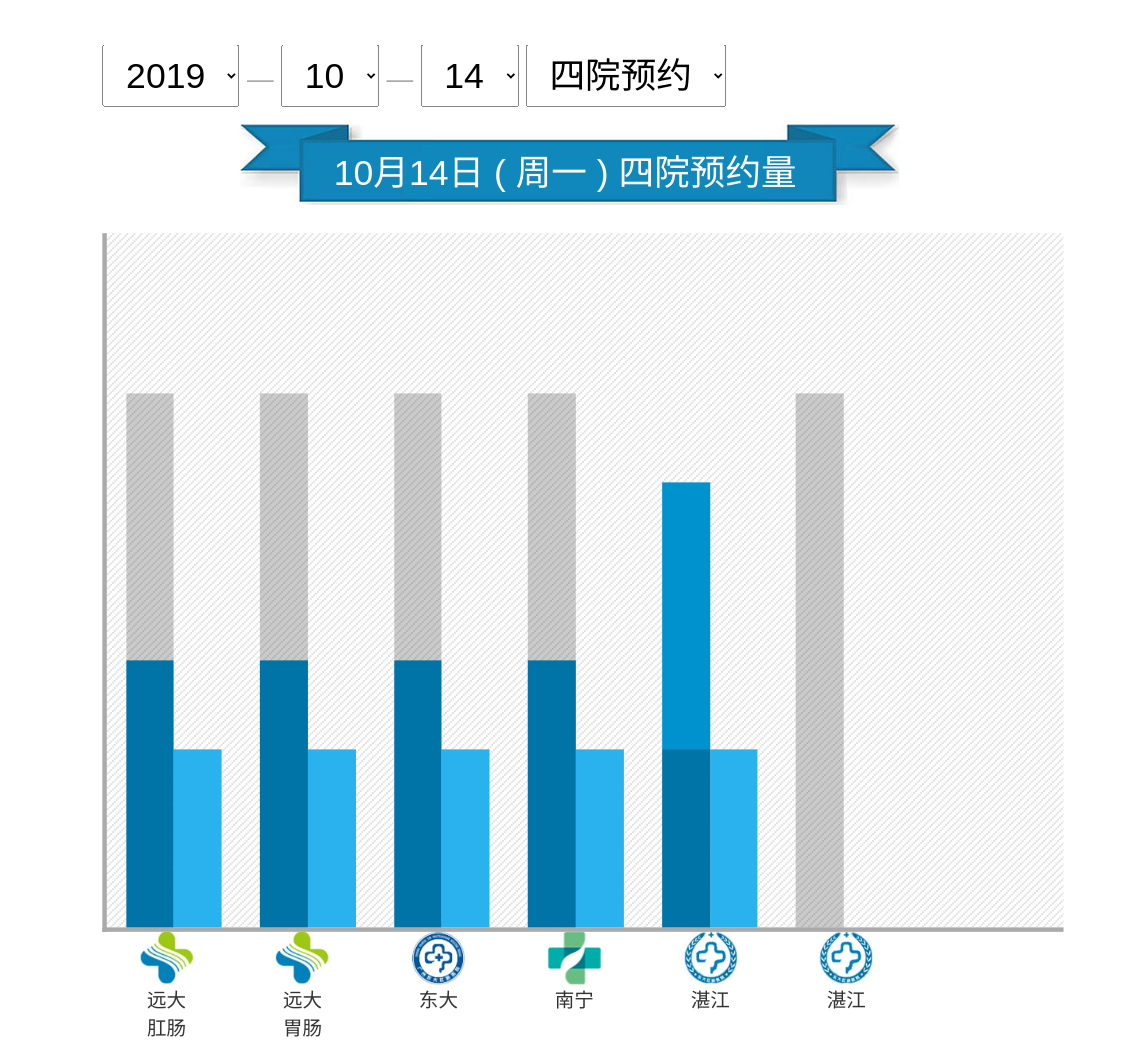
Repository: jerryyan/project
Page: http://localhost/m/index.php
An editor plug-in stored every save of this project. The page is shown before and after a run of saves, followed by the edit.
The browser window is 1280 px wide. The pictures show the whole page, at 89% of full size.
The page is run by PHP 8.4 with error messages shown; the project is at /var/www/html/. The session is filled in as if someone had signed in: {"name": "admin"}. Other server files are loaded and not shown.

Above is the page before, as saved 2019-10-14 16:20:32.

### m/index.php
<html>

<head>
    <meta http-equiv="Content-Type" content="text/html; charset=utf-8" />
    <link href="css/m.css" rel="stylesheet" type="text/css" />
    <script type="text/javascript" src="/js/jquery.min.js"></script>
    <script type="text/javascript" src="/js/moment.min.js"></script>
    <script type="text/javascript" src="/js/time.js"></script>
    <title>预约数据统计手机版</title>
</head>

<body>
    <div class="div1">
        <div class="time">
            <select class="year" id="birth_year" onchange="setDays(this, birth_month, birth_day);">
            </select>
            —
            <select class="month" id="birth_month" onchange="setDays(birth_year, this, birth_day);">
            </select>
            —
            <select class="day" id="birth_day">
            </select>
            <select name="" class="select" onchange="self.location.href = options[selectedIndex].value">
                <option value="index.php" selected>四院预约</option>
                <option value="jzchart.php">四院就诊</option>
                <option value="detail.php?type=szyd">远大</option>
                <option value="detail.php?type=gzdd">东大</option>
                <!--<option value="detail.php?type=gzma" >民安</option>-->
                <option value="detail.php?type=zjdd">湛江</option>
                <option value="detail.php?type=nngc">南宁肛肠</option>
                <option value="detail.php?type=nnwc">南宁胃肠</option>
                <option value="detail.php?type=szydwc">远大胃肠</option>
            </select>
        </div>

        <div class="title">
            <?php
            require_once 'islogin.php';
            $weekarray = array("日", "一", "二", "三", "四", "五", "六");
            $year = date('Y');
            $month = date('m');
            $day = date('d');
            $strDate = $month . "月" . $day . "日 " . "( 周" . $weekarray[date('w')] . " ) ";
            echo $strDate;
            ?>四院预约量
        </div>

        <ul class="num">
        </ul>
        <div class="table">
            <div class="yd">
                <div class="yd_1"><span></span></div>
                <div class="yd_2"><span></span></div>
                <div class="yd_3"><span></span></div>
            </div>
            <div class="yc">
                <div class="yc_1"><span></span></div>
                <div class="yc_2"><span></span></div>
                <div class="yc_3"><span></span></div>
            </div>
            <div class="dd">
                <div class="dd_1"><span></span></div>
                <div class="dd_2"><span></span></div>
                <div class="dd_3"><span></span></div>
            </div>
            <div class="ma">
                <div class="ma_1"><span></span></div>
                <div class="ma_2"><span></span></div>
                <div class="ma_3"><span></span></div>
            </div>
            <div class="zj">
                <div class="zj_1"><span></span></div>
                <div class="zj_2"><span></span></div>
                <div class="zj_3"><span></span></div>
            </div>
            <div class="ty">
                <div class="ty_1"><span></span></div>
                <div class="ty_2"><span></span></div>
                <div class="ty_3"><span></span></div>
            </div>
        </div>

        <div class="logo">
            <ul>
                <li><img src="/images/logo_yd.jpg">远大<br>肛肠</li>
                <li><img src="/images/logo_yd.jpg">远大<br>胃肠</li>
                <li><img src="/images/logo_dd.jpg">东大</li>
                <li><img src="/images/logo_nn.jpg">南宁</li>
                <li><img src="/images/logo_zj.jpg">湛江</li>
                <li><img src="/images/logo_zj.jpg">湛江</li>
            </ul>
        </div>
    </div>
</body>
<script src="/js/mobile.js"></script>
<script>
    $(function() {
        $(".year,.month,.day").change(function() {
            var y = $(".year option:selected").text();
            var m = $(".month option:selected").text();
            var d = $(".day option:selected").text();
            var datetime = y + "-" + m + "-" + d;
            getyySource(datetime);
        });
        getyySource();
        setInterval(setyySource, 40000);
    });
</script>

</html>

### m/islogin.php
<?php
session_start();
if ($_SESSION['name'] != 'admin') {
    header('Location:login.php');
    exit();
}

### m/getyyNum.php
<?php

require_once '../config.php';
if (!empty($_POST['datetime'])) {
    $date = $_POST['datetime'];
}
$startDate = $date . " 00:00:00";
$endDate = $date . " 23:59:59";
$zjdd_sql = "select department,ts,awr,convert(varchar(10),ts,108) as tstime from info_appointment where department not like '%未预约%' and dr=0 and ts >='{$startDate}' and ts<='{$endDate}'";
$nndd_sql = "select department,ts,awr,convert(varchar(10),ts,108) as tstime from info_appointment where (department not like '%未预约%' and department not like '%耳鼻喉科%') and  dr=0 and sourceType !='自然门诊' and symptom !='体检'  and ts >='{$startDate}' and ts<='{$endDate}'";
$szyd_sql = "select department,ts,awr,convert(varchar(10),ts,108) as tstime from info_appointment where department like '%肛%' and  gn not like '%胃肠%'and dr=0 and media in ('360','82348232','QQ','qq','百度','百度糯米','百度商桥','个人微信','回访组回访','快排','神马','搜狗','网络电话','网络其它','网站后台预约','手机网','SOGU','SOSO','谷歌','商务通转Q','商务通转电话','胃肠电话') and ts >='{$startDate}' and ts<='{$endDate}'";
$szty_sql = "select department,ts,awr,convert(varchar(10),ts,108) as tstime from info_appointment where department not like '%未预约%' and dr=0 and ts >='{$startDate}' and ts<='{$endDate}'";
$szydwc_sql = "select department,ts,awr,convert(varchar(10),ts,108) as tstime from info_appointment where department  not like '%未预约%' and dr=0 and  gn like '%胃肠%' and media in ('360','82348232','QQ','qq','百度','百度糯米','百度商桥','个人微信','回访组回访','快排','神马','搜狗','网络电话','网络其它','网站后台预约','手机网','SOGU','SOSO','谷歌','商务通转Q','商务通转电话','胃肠电话') and ts >='{$startDate}' and ts<='{$endDate}'";
$gzdd_sql = "select department,ts,awr,convert(varchar(10),ts,108) as tstime from info_appointment where department not like '%未预约%' and dr=0  and ts >='{$startDate}' and ts<='{$endDate}'";
$zjdd_yy_row = get_fetchAll_assoc($zjdd, $zjdd_sql);
$zjdd_yyNum = getAllNum($zjdd_yy_row, $date);

$nndd_yy_row = get_fetchAll_assoc($nndd, $nndd_sql);
$nndd_yyNum = getAllNum($nndd_yy_row, $date);

$szyd_yy_row = get_fetchAll_assoc($szyd, $szyd_sql);
$szyd_yyNum = getAllNum($szyd_yy_row, $date);

$szty_yy_row = get_fetchAll_assoc($szty, $szty_sql);
$szty_yyNum = getAllNum($szty_yy_row, $date);


$szydwc_yy_row = get_fetchAll_assoc($szyd, $szydwc_sql);
$szydwc_yyNum = getAllNum($szydwc_yy_row, $date);

$gzdd_yy_row = get_fetchAll_assoc($gzdd, $gzdd_sql);
$gzdd_yyNum = getAllNum($gzdd_yy_row, $date);

$data = array();
$data['zjdd_yyNum'] = $zjdd_yyNum;
$data['nndd_yyNum'] = $nndd_yyNum;
$data['szyd_yyNum'] = $szyd_yyNum;
$data['szty_yyNum'] = $szty_yyNum;
$data['szydwc_yyNum'] = $szydwc_yyNum;
$data['gzdd_yyNum'] = $gzdd_yyNum;
echo json_encode($data);

### config.php
<?php

try {
    $username = "sa";
    $pwd = "OYr%ZbxNY#!V*T0O";
    $dsn1 = "sqlsrv:Server=120.25.95.93;database=iSoftZJDD";
    // $dsn2 = "sqlsrv:Server=120.25.95.93;database=iSoftGZMA";
    $dsn3 = "sqlsrv:Server=120.25.95.93;database=iSoftSZYD";
    $dsn4 = "sqlsrv:Server=120.25.95.93;database=XL_new_reservation";
    $dsn5 = "sqlsrv:Server=120.25.95.93;database=iSoftNNDD";
    $dsn7 = "sqlsrv:Server=120.25.95.93;database=iSoftSZTY";
    $dsn6 = "mysql:host=localhost;dbname=project";
    $date = date("Y-m-d");
    //  $date = "2016-03-28";
    //    $username = "sa";
    //    $pwd = "123456";
    //    $dsn1 = "sqlsrv:Server=192.168.3.143\SQLEXPRESS;database=iSoftZJDD";
    //    $dsn2 = "sqlsrv:Server=192.168.3.143\SQLEXPRESS;database=iSoftGZMA";
    //    $dsn3 = "sqlsrv:Server=192.168.3.143\SQLEXPRESS;database=iSoftSZYD";
    $zjdd = new PDO($dsn1, $username, $pwd);
    //$gzma = new PDO($dsn2, $username, $pwd);
    $szyd = new PDO($dsn3, $username, $pwd);
    $gzdd = new PDO($dsn4, $username, $pwd);
    $nndd = new PDO($dsn5, $username, $pwd);
    $szty = new PDO($dsn7, $username, $pwd);
    $project = new PDO($dsn6, 'root', 'root');
} catch (PDOException $e) {
    echo "Failed to get DB handle: " . $e->getMessage() . "\n";
    exit;
}

/**
 *
 * @param string $db
 * @param string $sql
 * @return string $row
 */
function get_fetchAll_assoc($db, $sql)
{
    $result = $db->query($sql);
    $row = $result->fetchAll(PDO::FETCH_ASSOC);
    return $row;
}
/**
 *
 *插入单条数据到数据库
 * @param string $db
 * @param string $sql
 * @return string $res
 */
function insert($db, $sql)
{
    $db->setAttribute(PDO::ATTR_ERRMODE, PDO::ERRMODE_EXCEPTION);
    $res = $db->exec($sql);
    return $res;
}

/**
 * 获取客户端IP
 */
function getClientIp()
{
    $ip = 'unknown';
    $unknown = 'unknown';

    if (isset($_SERVER['HTTP_X_FORWARDED_FOR']) && $_SERVER['HTTP_X_FORWARDED_FOR'] && strcasecmp($_SERVER['HTTP_X_FORWARDED_FOR'], $unknown)) {
        // 使用透明代理、欺骗性代理的情况
        $ip = $_SERVER['HTTP_X_FORWARDED_FOR'];
    } elseif (isset($_SERVER['REMOTE_ADDR']) && $_SERVER['REMOTE_ADDR'] && strcasecmp($_SERVER['REMOTE_ADDR'], $unknown)) {
        // 没有代理、使用普通匿名代理和高匿代理的情况
        $ip = $_SERVER['REMOTE_ADDR'];
    }

    // 处理多层代理的情况
    if (strpos($ip, ',') !== false) {
        // 输出第一个IP
        $ip = reset(explode(',', $ip));
    }

    return $ip;
}

function get_fetchAll_row($db, $sql)
{
    $result = $db->query($sql);
    $row = $result->fetch(PDO::FETCH_ASSOC);
    return $row['number'];
}

//获取大夜班，早班和晚班的预约人数
function getAllNum($row)
{
    $dayeStart = "00:00:00";
    $zaoStart = "08:00:00";
    $wanStart = "16:00:00";
    $wanEnd = "24:00:00";
    $dayeArr = $zaoArr = $wanArr = array();
    foreach ($row as $v) {
        if ($v['tstime'] >= $dayeStart && $v['tstime'] < $zaoStart) {
            $dayeArr[] = $v;
        }
        if ($v['tstime'] >= $zaoStart && $v['tstime'] < $wanStart) {
            $zaoArr[] = $v;
        }
        if ($v['tstime'] >= $wanStart && $v['tstime'] < $wanEnd) {
            $wanArr[] = $v;
        }
    }
    $arrNum = array();
    $arrNum['dayeNum'] = count($dayeArr);
    $arrNum['zaoNum'] = count($zaoArr);
    $arrNum['wanNum'] = count($wanArr);
    $arrNum['totalNum'] = count($row);
    $arrNum['workNum'] = getWorkNum($arrNum);
    return $arrNum;
}

function getWorkNum($data)
{
    $nowtime = date("H:i:s");
    $dayeStart = "00:00:00";
    $zaoStart = "08:00:00";
    $wanStart = "16:00:00";
    $wanEnd = "24:00:00";

    if ($nowtime > $dayeStart && $nowtime < $zaoStart) {
        $workNum = $data['dayeNum'];
    }
    if ($nowtime > $zaoStart && $nowtime <= $wanStart) {
        $workNum = $data['zaoNum'];
    }
    if ($nowtime > $wanStart && $nowtime < $wanEnd) {
        $workNum = $data['wanNum'];
    }
    return $workNum;
}

//排序
function my_sort($a, $b)
{
    if ($a['nums'] == $b['nums']) {
        return 0;
    }
    return ($a['nums'] > $b['nums']) ? -1 : 1;
}

//排序
function ts_sort($a, $b)
{
    if ($a['tstime'] == $b['tstime']) {
        return 0;
    }
    return ($a['tstime'] < $b['tstime']) ? -1 : 1;
}

### m/css/m.css
@charset "utf-8";

body {
    margin: 0px;
    padding: 0px;
    font-family: "微软雅黑", "宋体", arial;
    color: #333;
}

div,
dl,
dt,
dd,
ul,
ol,
li,
h1,
h2,
h3,
h4,
h5,
h6,
pre,
form,
input,
label,
select,
option,
textarea,
button,
p,
span {
    margin: 0;
    padding: 0;
}

img {
    border: 0;
    vertical-align: top;
    font-size: 0;
    line-height: 0;
    overflow: hidden;
}

ul,
li,
ol,
ul {
    list-style: none;
}


.dis {
    display: none
}

.left {
    float: left
}

.right {
    float: right
}

.clear {
    clear: both;
}

.time {
    clear: both;
    margin-left: 9%;
    width: 84%;
    font-size: 30px;
    color: #aaa;
    margin-top: 50px;
}

.time select {
    padding: 1% 2%;
    margin: 0 0% 0 0;
    font-size: 40px;
}

.time select:last-child {
    margin: 0;
}

.year {}

.month {}

.day {}

.title {
    font-size: 40px;
    text-align: center;
    height: 100px;
    padding-top: 42px;
    width: 100%;
    background: url(../images/title.jpg) center 20px no-repeat;
    color: #fff;
    text-indent: -10px;
}

.num {
    float: left;
    width: 9%;
    text-align: right;
    padding-top: 5px;
}

.num li {
    height: 40px;
    padding-right: 15px
}

.logo {
    clear: both;
    font-size: 22px;
    margin-left: 2%;
    padding-left: 8%;
    width: 77%;
    height: 100px;
}

.logo li {
    float: left;
    margin-right: 6.5%;
    padding-left: 3%;
    width: 6%;
    height: 100px;
    background-repeat: no-repeat;
    background-position: 10px 5px;
    text-align: center;
}

.logo li img {
    width: 100%;
    display: block;
}

.logo li:last-child {
    margin: 0;
}

.table {
    float: left;
    width: 84%;
    height: 780px;
    background: url(../images/bg.jpg);
    border-left: solid 5px #aaa;
    border-bottom: solid 5px #aaa;
    position: relative;
}

.table div {
    float: left;
}

.table div span {
    position: absolute;
    bottom: 0;
    left: 15%;
}

.yd div,
.dd div,
.ma div,
.zj div,
.yc div {
    position: absolute;
    float: left;
    width: 5%;
    bottom: 0;
    font-size: 24px;
}

.yd_1,
.dd_1,
.ma_1,
.zj_1,
.yc_1 {
    background: #0091cf;
    z-index: 1;
    height: 300px;
}

.yd_2,
.dd_2,
.ma_2,
.zj_2,
.yc_2 {
    background: #29b2ee;
    margin-left: 5%;
    height: 200px;
}

.yd_3,
.dd_3,
.ma_3,
.zj_3,
.ty_3,
.yc_3 {
    background: rgba(0, 0, 0, 0.20);
    height: 600px;
    z-index: 2;
}

.table div .yd_3 span,
.table div .dd_3 span,
.table div .ma_3 span,
.table div .ty_3 span,
.table div .zj_3 span,
.table div .yc_3 span {
    margin-top: -80px;
    margin-bottom: 0;
    display: block;
    position: relative;
    z-index: 3
}

.zj_3 {
    height: 200px;
}

.zj_1 {
    height: 500px;
}

span {
    width: 120px;
    margin-left: -47px;
    margin-bottom: 50px;
    -webkit-transform: rotate(270deg);
    -moz-transform: rotate(270deg);
    -o-transform: rotate(270deg);
}

.yd {
    margin-left: 2%;
}

.yc {
    margin-left: 16%;
}

.dd {
    margin-left: 30%;
}

.ma {
    margin-left: 44%;
}

.zj {
    margin-left: 58%;
}

/* up0date */
.ty{
    margin-left:72%
}
.ty_1 {
    position: absolute;
    float: left;
    width: 5%;
    bottom: 0;
    font-size: 24px;
    background: #0091cf;
    z-index: 1;
}

.ty_2{
    position: absolute;
    float: left;
    width: 5%;
    bottom: 0;
    font-size: 24px;
    background: #29b2ee;
    margin-left: 5%;
}
.ty_3{
    position: absolute;
    float: left;
    width: 5%;
    bottom: 0;
    font-size: 24px;
    background: rgba(0, 0, 0, 0.20);
    z-index: 2;
}


table {
    background: #aaa;
    text-align: center;
    float: left;
    font-size: 30px;
    margin: 0 0 0 9%
}

table td {
    background: #fff;
    height: 80px;
    vertical-align: central;
}

.div2 .time {
    margin: 0 0 0 73px;
    height: 100px;
}



/*.nav{width:720px; height:100px; padding:10px 0 0 40px; z-index:10; margin-top:40px}
.nav li{ float:left; background:#239ccf; width:149px; text-align:center; height:70px; line-height:70px; margin:0 5px; color:#fff; font-size:28px;}
.nav li.current{ background:#15759e}
*/

### js/time.js
$(document).ready(function () {
    var myDate = new Date();
    var year = myDate.getFullYear();//获取完整的年份(4位,1970-????)
    var month = myDate.getMonth();//获取当前月份(0-11,0代表1月)
    var day = myDate.getDate();//获取当前日(1-31)
    var i = 0;
    // 添加年份
    for (i = 2016; i <= 2026; i++) {
        addOption(birth_year, i, i);
        if (i == year) {
            birth_year.options[year - 2016].selected = true;
        }
    }
    // 添加月份
    for (i = 1; i <= 12; i++) {
        if (i < 10) {
            i = '0' + i;
        }
        addOption(birth_month, i, i);
        if (i == month + 1) {
            birth_month.options[month].selected = true;
        }
    }
    // 添加天份，先默认31天
    for (i = 1; i <= 31; i++) {
        if (i < 10) {
            i = '0' + i;
        }
        addOption(birth_day, i, i);
        if (i == day) {
            birth_day.options[day - 1].selected = true;
        }
    }
    //$("#birth_month"). birth_year  birth_day
});


// 设置每个月份的天数
function setDays(year, month, day) {
    var monthDays = [31, 28, 31, 30, 31, 30, 31, 31, 30, 31, 30, 31];
    var yea = year.options[year.selectedIndex].text;
    var mon = month.options[month.selectedIndex].text;
    var num = monthDays[mon - 1];
    if (mon == 2 && isLeapYear(yea)) {
        num++;
    }
    for (var j = day.options.length - 1; j >= num; j--) {
        day.remove(j);
    }
    for (var i = day.options.length+1; i <= num; i++) {
        addOption(birth_day, i, i);
    }

}

// 判断是否闰年
function isLeapYear(year)
{
    return (year % 4 == 0 || (year % 100 == 0 && year % 400 == 0));
}

// 向select尾部添加option
function addOption(selectbox, text, value) {
    var option = document.createElement("option");
    option.text = text;
    option.value = value;
    selectbox.options.add(option);
}

Loaded but not shown: js/jquery.min.js (library); js/moment.min.js (library); js/mobile.js (314 lines, source omitted)

After the next 2 saves:
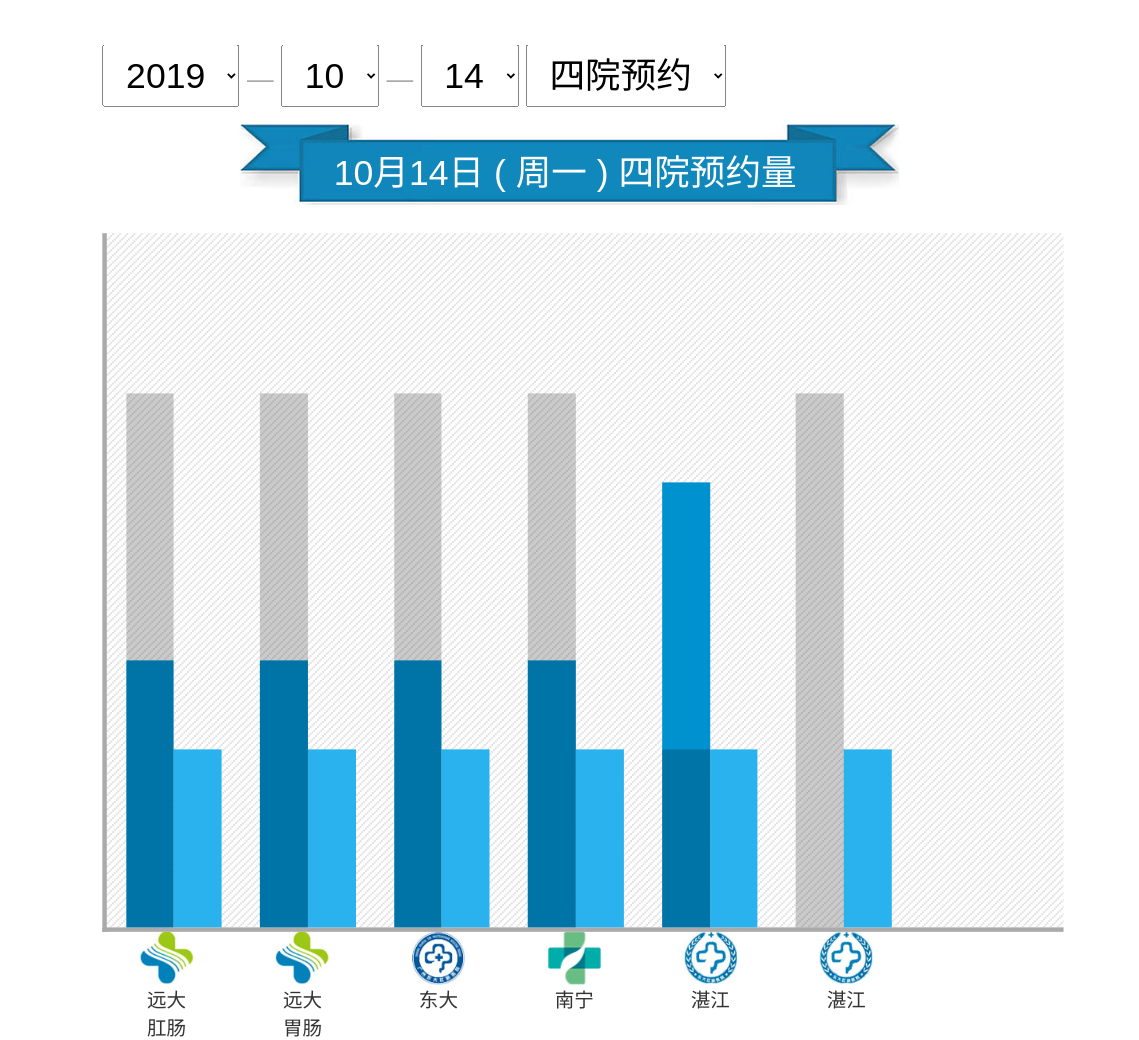
The 2 saves are shown as one change because they came seconds apart.
The last was saved 37 s later.
--- a/m/css/m.css
+++ b/m/css/m.css
@@ -189,6 +189,7 @@ ul {
 .dd_2,
 .ma_2,
 .zj_2,
+.ty_2,
 .yc_2 {
     background: #29b2ee;
     margin-left: 5%;
